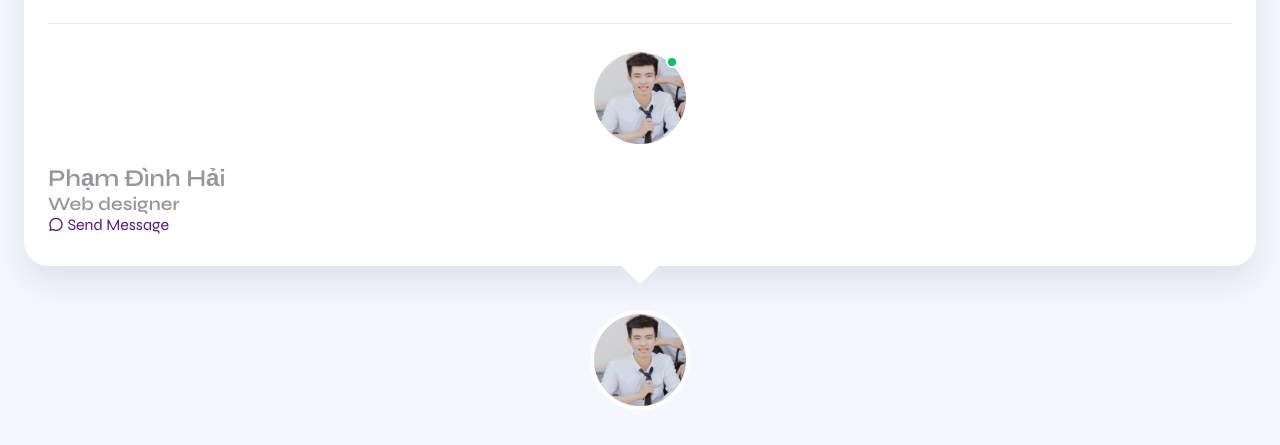
Repository: dinhhaidh/Profile
Page: index.html
An editor plug-in stored every save of this project. The page is shown before and after a run of saves, followed by the edit.
The browser window is 1280 px wide. The pictures show the whole page.
Some web libraries are served in a nearby version.

Above is the page before, as saved 2024-02-29 09:26:38.

After the next 3 saves:
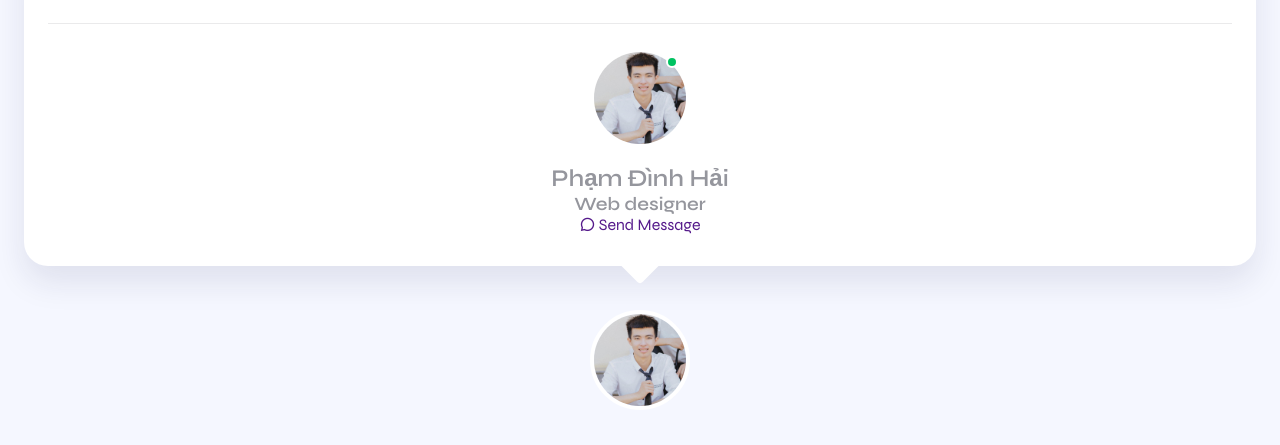
The 3 saves are shown as one change because they came seconds apart.
The last was saved 33 s later.
--- a/style.css
+++ b/style.css
@@ -135,7 +135,9 @@ img {
     color: var(--title-color);
 }
 
-.card__data {}
+.card__data {
+    text-align: center;
+}
 
 .card__image {
     width: 100px;
